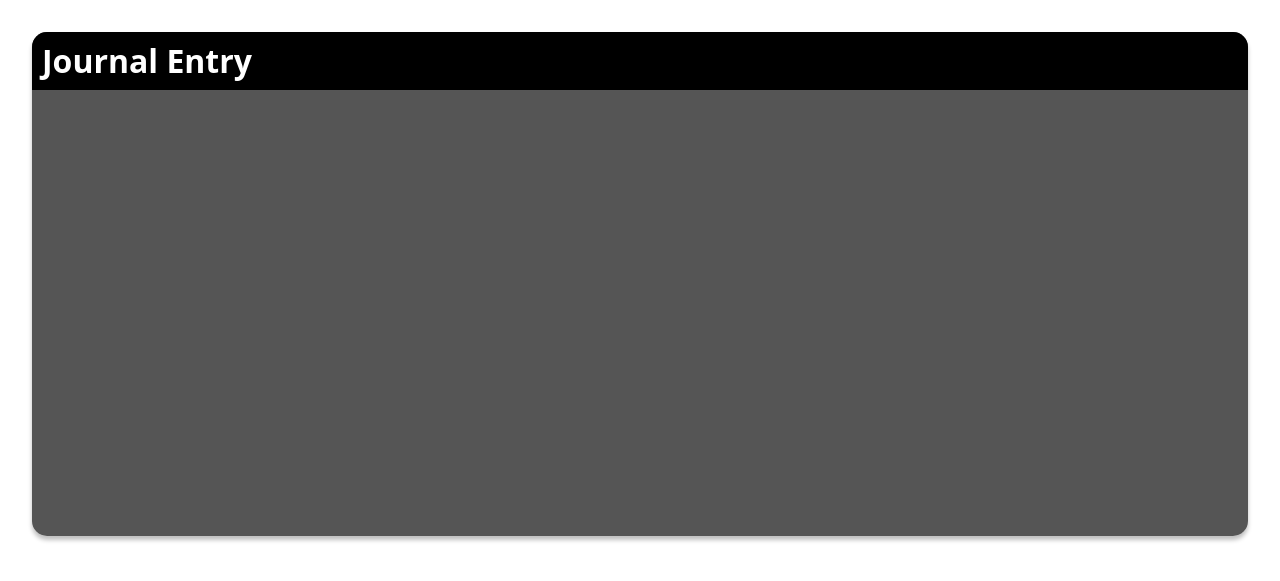
Repository: kestermbah/ai-journal
Page: /
An editor plug-in stored every save of this project. The page is shown before and after the next save, followed by the edit.
The browser window is 1280 px wide. The pictures show the whole page.
The project was rebuilt for these pictures with package versions that can differ from the ones it lists, and the page was loaded fresh each time. Also part of the build but not shown: vite.config.ts, src/index.css.

Above is the page before, as saved 2024-12-24 20:50:53.

After the next save:
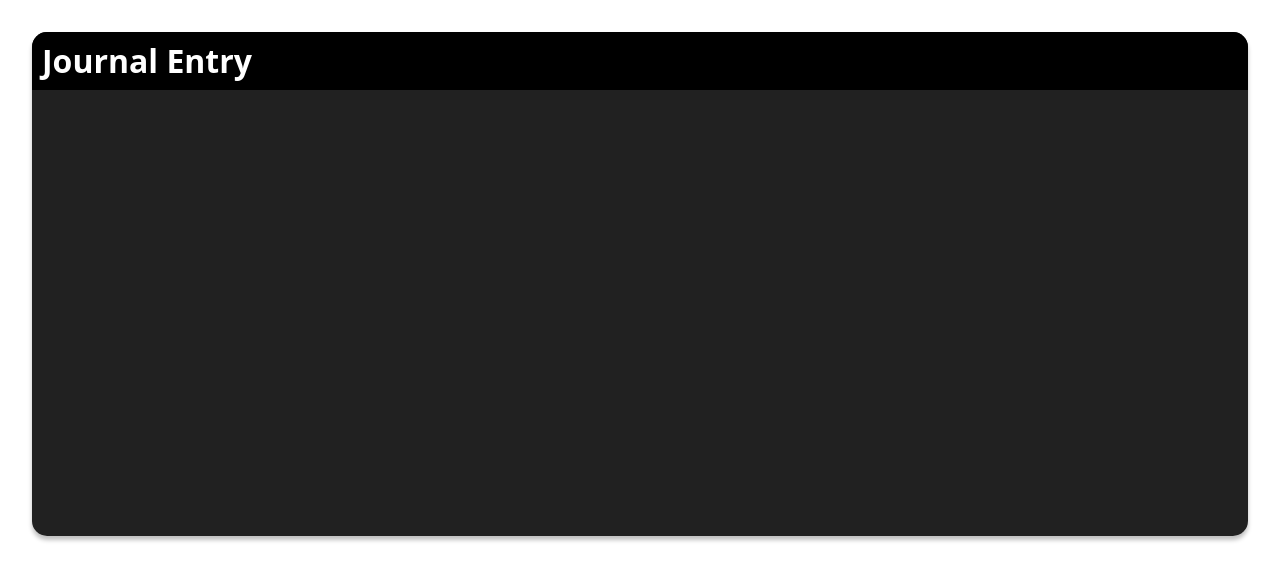
Saved 59 s later.
--- a/src/components/Journal.css
+++ b/src/components/Journal.css
@@ -14,8 +14,8 @@
 
 .Journal {
     min-height: 70vh;
-    background-color: rgba(0, 0, 0, 0.665);
     border-radius: 15px;
+    background: rgba(0, 0, 0, 0.87);
     box-shadow: 0px 4px 4px 0px rgba(0, 0, 0, 0.25);
     overflow: visible;
 
